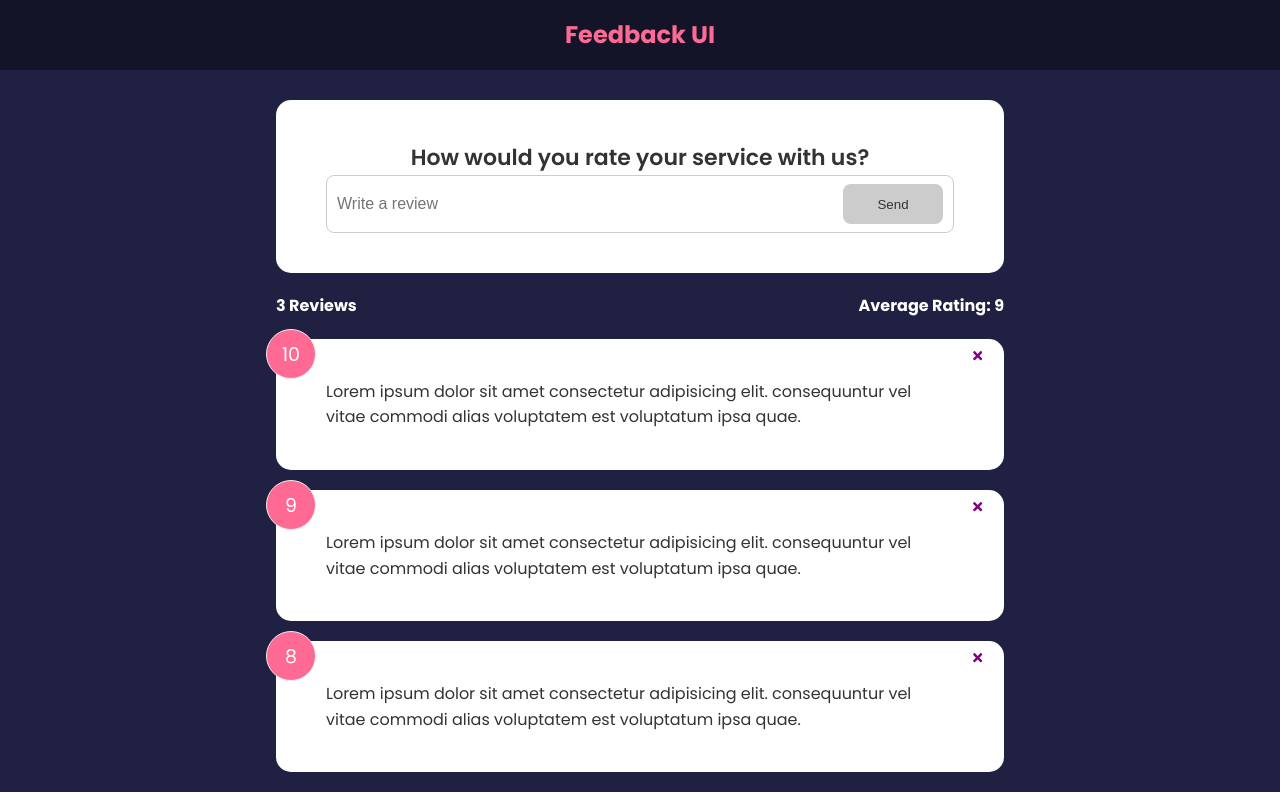
Repository: Lithium87/feedback-app
Page: / (app in client/)
An editor plug-in stored every save of this project. The page is shown before and after the next save, followed by the edit.
The browser window is 1280 px wide. The pictures show the whole page.
The project was rebuilt for these pictures with package versions that can differ from the ones it lists, and the page was loaded fresh each time.

Above is the page before, as saved 2022-05-30 18:50:53.

After the next save:
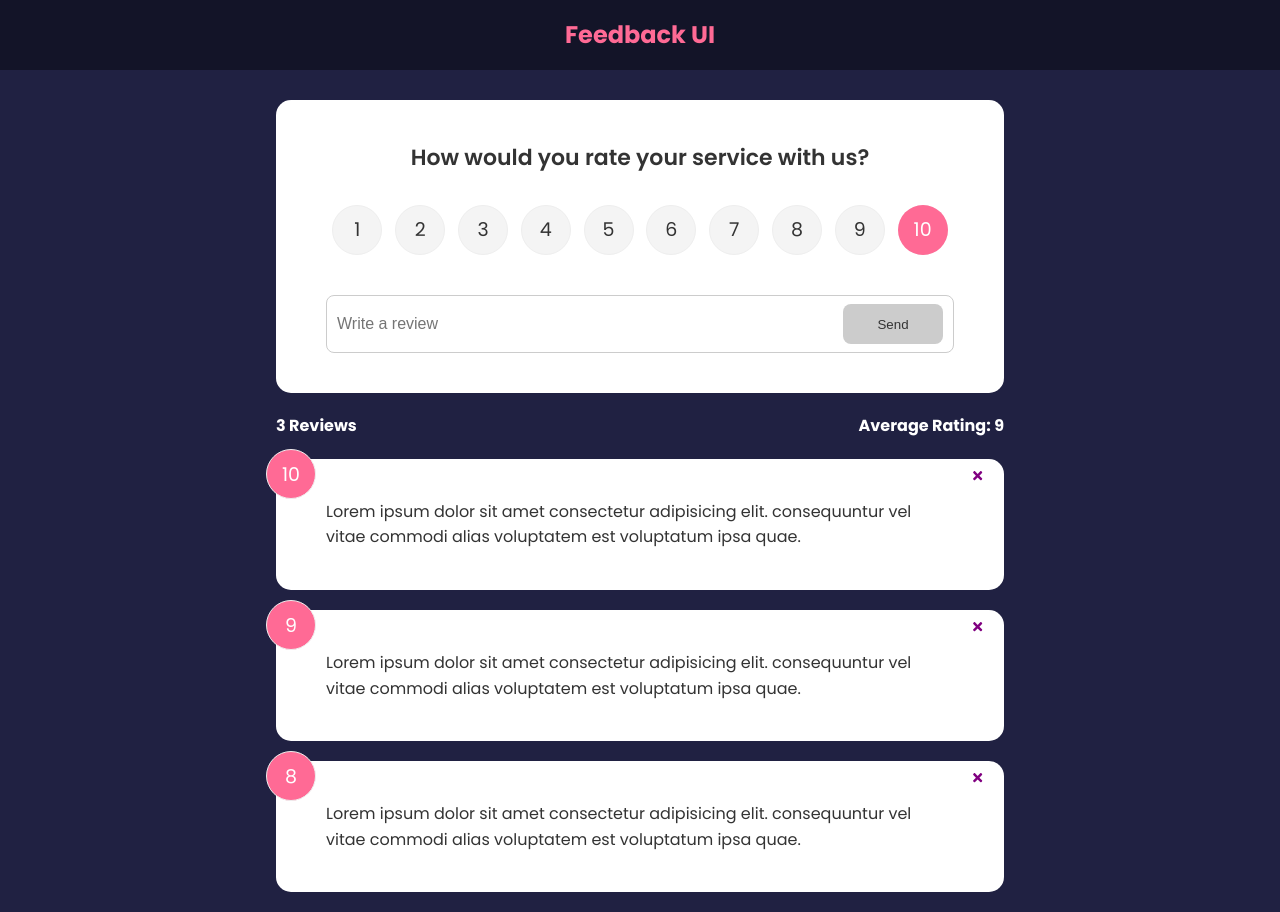
Saved 28 s later.
--- a/client/src/components/FeedbackForm.js
+++ b/client/src/components/FeedbackForm.js
@@ -1,9 +1,11 @@
 import React, {useState} from 'react';
+import RatingSelect from './RatingSelect';
 import Card from './shared/Card';
 import Button from './shared/Button';
 
 const FeedbackForm = () => {
   const [text, setText] = useState ('');
+  const [rating, setRating] = useState (10);
   const [btnDisabled, setBtnDisabled] = useState (true);
   const [message, setMessage] = useState ('');
 
@@ -26,6 +28,7 @@ const FeedbackForm = () => {
     <Card>
       <form>
         <h2>How would you rate your service with us?</h2>
+        <RatingSelect />
         <div className="input-group">
           <input
             onChange={handleTextChange}
